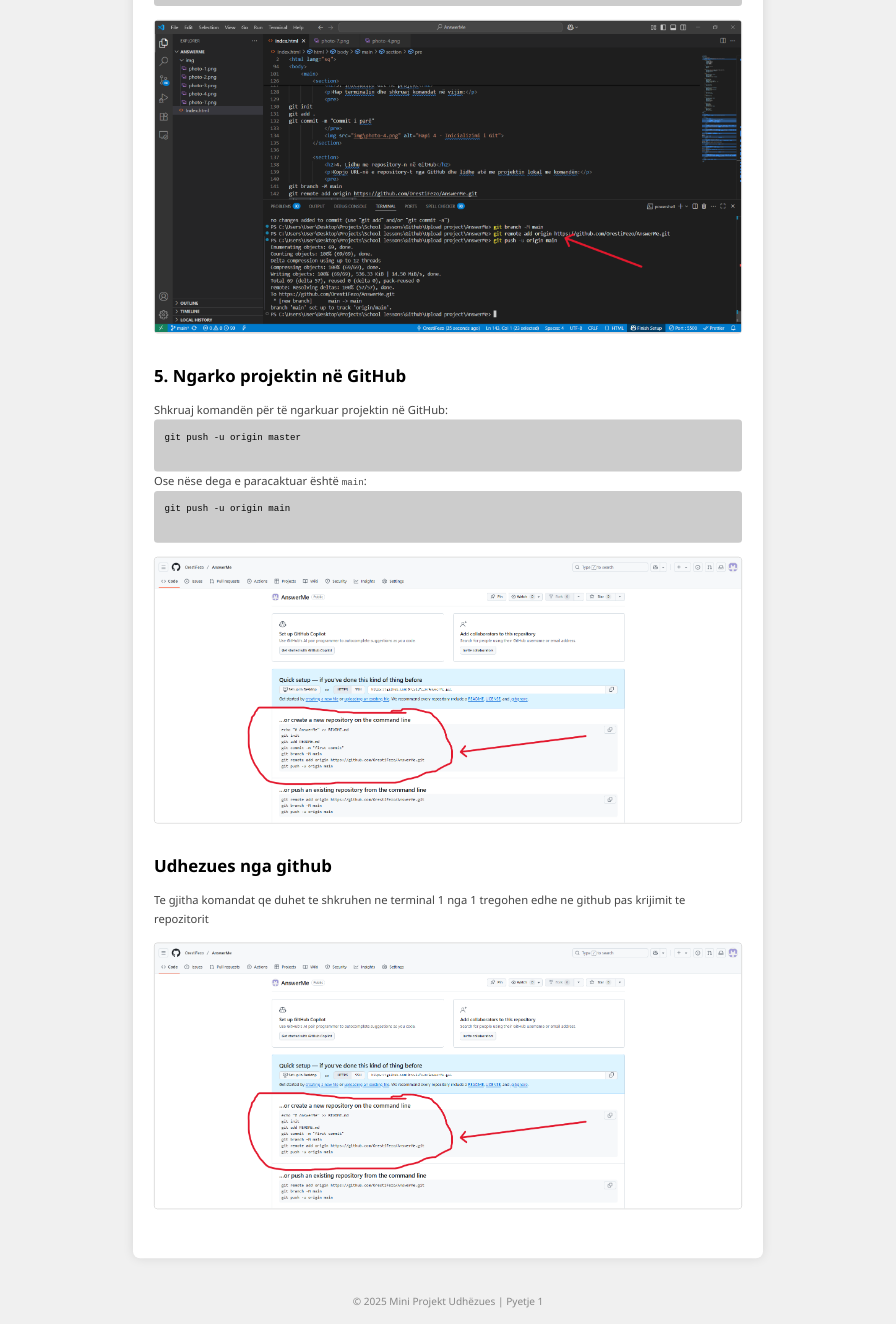
Repository: OrestiFezo/AnswerMe
Page: Index.html
An editor plug-in stored every save of this project. The page is shown before and after a run of saves, followed by the edit.
The browser window is 1280 px wide. The pictures show the part of the page from y = 3418 to 5338 px (the page is 5310 px tall before and 5338 px after), at 70% of full size.

Above is the page before, as saved 2025-07-13 20:02:44.

After the next 4 saves:
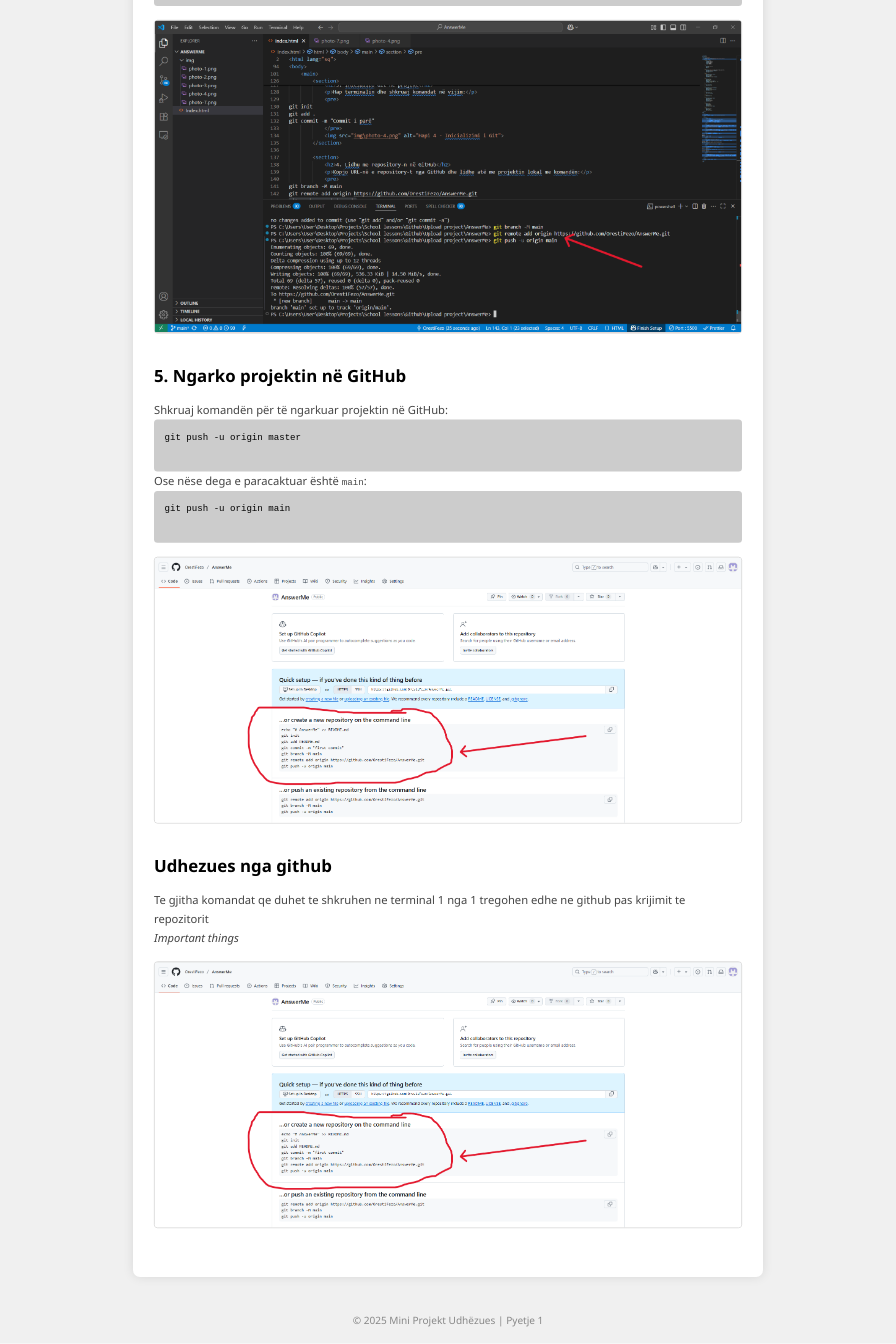
The 4 saves are shown as one change because they came seconds apart.
The last was saved 83 s later.
--- a/Index.html
+++ b/Index.html
@@ -159,7 +159,7 @@
         <section>
             <h2>Udhezues nga github</h2>
             <p>Te gjitha komandat qe duhet te shkruhen ne terminal 1 nga 1 tregohen edhe ne github pas krijimit te repozitorit</p>
-            <i></i>
+            <i>Important things </i>
             <img src="img\photo-7.png" alt="Hapi 7 - Udhezim nga github">
         </section>
     </main>
